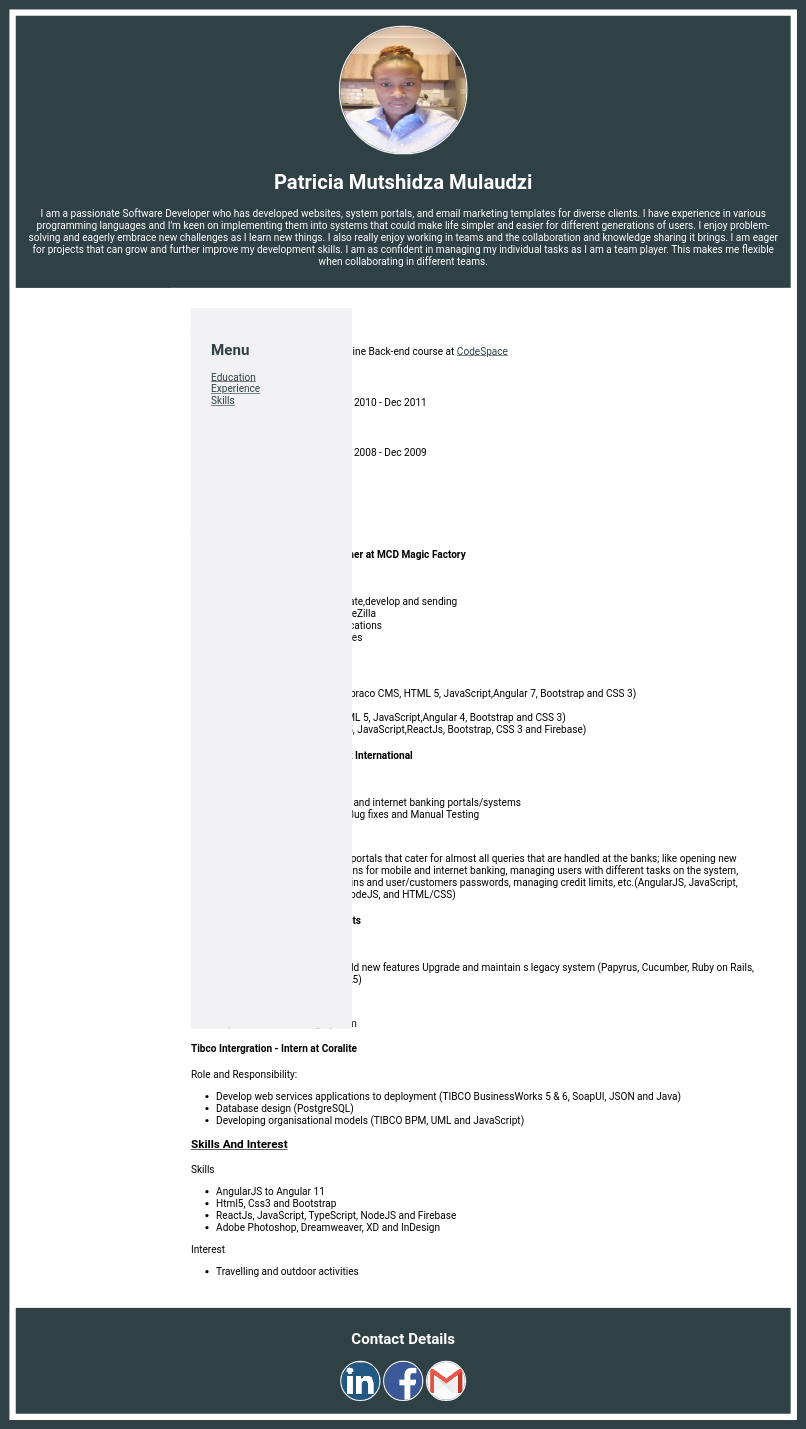
Repository: Patricious/Digital-Resume-01
Page: index.html
An editor plug-in stored every save of this project. The page is shown before and after the next save, followed by the edit.
The browser window is 1280 px wide. The pictures show the whole page, at 63% of full size.

Above is the page before, as saved 2021-08-23 11:40:05.

### index.html
<!DOCTYPE html>
<html>

<head>
    <title>Patricia Digital Resume</title>
    <meta charset="utf-8">
    <meta name="viewport" content="width=device-width, initial-scale=1">
    <link rel="stylesheet" type="text/css" href="css/stylesheet.css">
</head>

<body scroll="yes">

    <header>
        <img src="img/IMG_20200502_085519.jpg" alt="profile" width="200" height="200" />
        <h1>Patricia Mutshidza Mulaudzi</h1>
        <p>I am a passionate Software Developer who has developed websites, system portals, and email marketing templates for diverse clients. I have experience in various programming languages and I'm keen on implementing them into systems that could make
            life simpler and easier for different generations of users. I enjoy problem-solving and eagerly embrace new challenges as I learn new things. I also really enjoy working in teams and the collaboration and knowledge sharing it brings. I am
            eager for projects that can grow and further improve my development skills. I am as confident in managing my individual tasks as I am a team player. This makes me flexible when collaborating in different teams.</p>
    </header>
    <section>
        <aside>
            <h2>Menu</h2>
            <ul class="nav">
                <li>
                    <a href="#education">Education</a>
                </li>
                <li>
                    <a href="#experience">Experience</a>
                </li>
                <li>
                    <a href="#skills">Skills</a>
                </li>

            </ul>
        </aside>

        <article>
            <h3 id="education"> <span>Education</span>
            </h3>
            <p> Am currently up-skilling studying online Back-end course at
                <a href="https://www.codespace.co.za/courses/?matchtype=b&device=c&keyword=codespace&adgroupid=81088003381&utm_campaign=8148639553&utm_source=google&utm_medium=cpc&gclid=EAIaIQobChMIkP_7q8bG8gIV1uvtCh0w7A1-EAAYASAAEgL34vD_BwE"> CodeSpace</a>
            </p>

            <h4>Diploma in Information Technology </h4>

            <p>PC Training & Business College, Jan 2010 - Dec 2011</p>
            <h4>Technical Support Certificate </h4>


            <p>PC Training & Business College, Jan 2008 - Dec 2009</p>

            <h4>National Senior Certificate</h4>


            <p>Nngweni High, Jan 2007 - Dec 2007</p>


            <h3 id="experience"> Working Experience</h3>
            <h4>Frontend Developer & Digital Designer at MCD Magic Factory
            </h4>
            <p>Role and Responsibility:</p>
            <ul>
                <li>Layout email marketing template,develop and sending</li>
                <li> Deploy web applications on FileZilla</li>
                <li>Design and develop web applications</li>
                <li>Reporting and sorting databases</li>
            </ul>
            <p>Projects:</p>
            <ul>
                <li>GreenWorxs (WordPress)</li>
                <li>Multi-flor and DRA Global (Umbraco CMS, HTML 5, JavaScript,Angular 7, Bootstrap and CSS 3)</li>
                <li>Verifone (Drupal CMS)</li>
                <li>Sokonetech and RA Print (HTML 5, JavaScript,Angular 4, Bootstrap and CSS 3)</li>
                <li>MFC Motorlink Portal (HTML 5, JavaScript,ReactJs, Bootstrap, CSS 3 and Firebase)</li>
            </ul>

            <h4>Junior Frontend Developer at Wizzit International
            </h4>
            <p>Role and Responsibility:</p>
            <ul>
                <li>Develop and maintain banking and internet banking portals/systems</li>
                <li>Project support, Deployment, Bug fixes and Manual Testing</li>

            </ul>
            <p>Projects:</p>
            <ul>
                <li>UBank and Bank of Botswana portals that cater for almost all queries that are handled at the banks; like opening new accounts, customer registrations for mobile and internet banking, managing users with different tasks on the system, security
                    queries like banking pins and user/customers passwords, managing credit limits, etc.(AngularJS, JavaScript, Angular Material, Bootstrap, NodeJS, and HTML/CSS)</li>
            </ul>

            <h4>Ruby on Rails - Intern at Sable Assets
            </h4>
            <p>Role and Responsibility:</p>
            <ul>
                <li>Systems Design Document, Add new features Upgrade and maintain s legacy system (Papyrus, Cucumber, Ruby on Rails, Git, JavaScript, CSS and HTML5)</li>

            </ul>
            <p>Projects:</p>
            <ul>
                <li>Department of Housing System</li>
            </ul>

            <h4>Tibco Intergration - Intern at Coralite
            </h4>
            <p>Role and Responsibility:</p>
            <ul>
                <li>Develop web services applications to deployment (TIBCO BusinessWorks 5 & 6, SoapUI, JSON and Java)
                </li>
                <li>Database design (PostgreSQL)</li>
                <li>Developing organisational models (TIBCO BPM, UML and JavaScript)</li>
            </ul>


            <h3 id="skills">Skills And Interest</h3>
            <p>Skills</p>
            <ul>
                <li>AngularJS to Angular 11</li>
                <li>Html5, Css3 and Bootstrap</li>
                <li>ReactJs, JavaScript, TypeScript, NodeJS and Firebase</li>
                <li>Adobe Photoshop, Dreamweaver, XD and InDesign</li>
            </ul>
            <p>Interest </p>
            <ul>
                <li>Travelling and outdoor activities</li>
            </ul>
        </article>
    </section>


    <footer>
        <h2>Contact Details</h2>
        <a href="https://www.linkedin.com/in/patricia-mulaudzi-93b526101/" target="_blank"><img src="img/in.png" alt="LinkedIN"></a>
        <a href="https://www.facebook.com/patricia.mulaudzi.1/" target="_blank"><img src="img/fb.png" alt="Facebook"></a>
        <a href="mailto:mulaudzi689@gmail.com"><img src="img/gm.png" alt="Gmail"></a>
    </footer>
</body>

</html>

### css/stylesheet.css
    body {
        font-family: 'Roboto', sans-serif;
        font-size: 100%;
        background-color: #ffffff;
        margin: 10px;
        overflow-y: scroll;
    }

    html {
        border: 15px solid #304145;
    }

    header {
        text-align: center;
        background-color: #304145;
        color: #ffffff;
        padding: 1em;
    }

    aside {
        background-color: #F1F1F3;
        color: #304145;
        width: 15%;
        padding: 2em;
        height: 150%;
        float: left;
        position: absolute;
        flex: 0 0 auto;
    }

    h3 {
        text-decoration: underline;
    }

    img {
        border-radius: 100px;
        border: 2px solid #F1F1F3;
    }

    .nav {
        list-style-type: none;
        margin: 0;
        padding: 0;
    }

    a {
        color: #304145;
    }

    section {
        margin-left: 20%;
        background-color: #ffffff;
        padding: 2em;
    }

    footer {
        background-color: #304145;
        text-align: center;
        color: #ffffff;
        padding: 1em;
    }

After the next save:
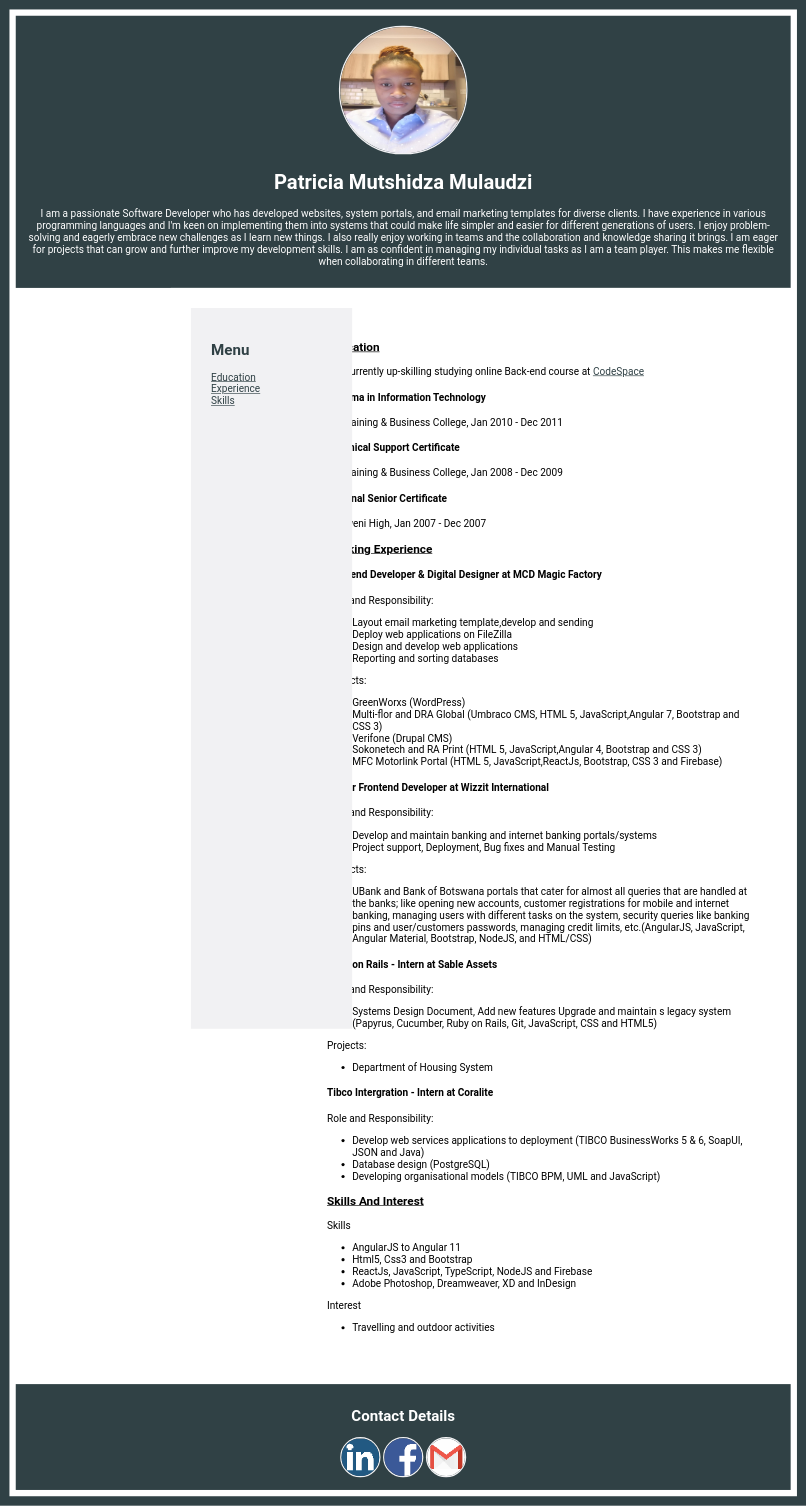
Saved 27 s later.
--- a/css/stylesheet.css
+++ b/css/stylesheet.css
@@ -32,6 +32,11 @@
         text-decoration: underline;
     }
 
+    article {
+        padding: 2em;
+        margin-left: 20%;
+    }
+
     img {
         border-radius: 100px;
         border: 2px solid #F1F1F3;
